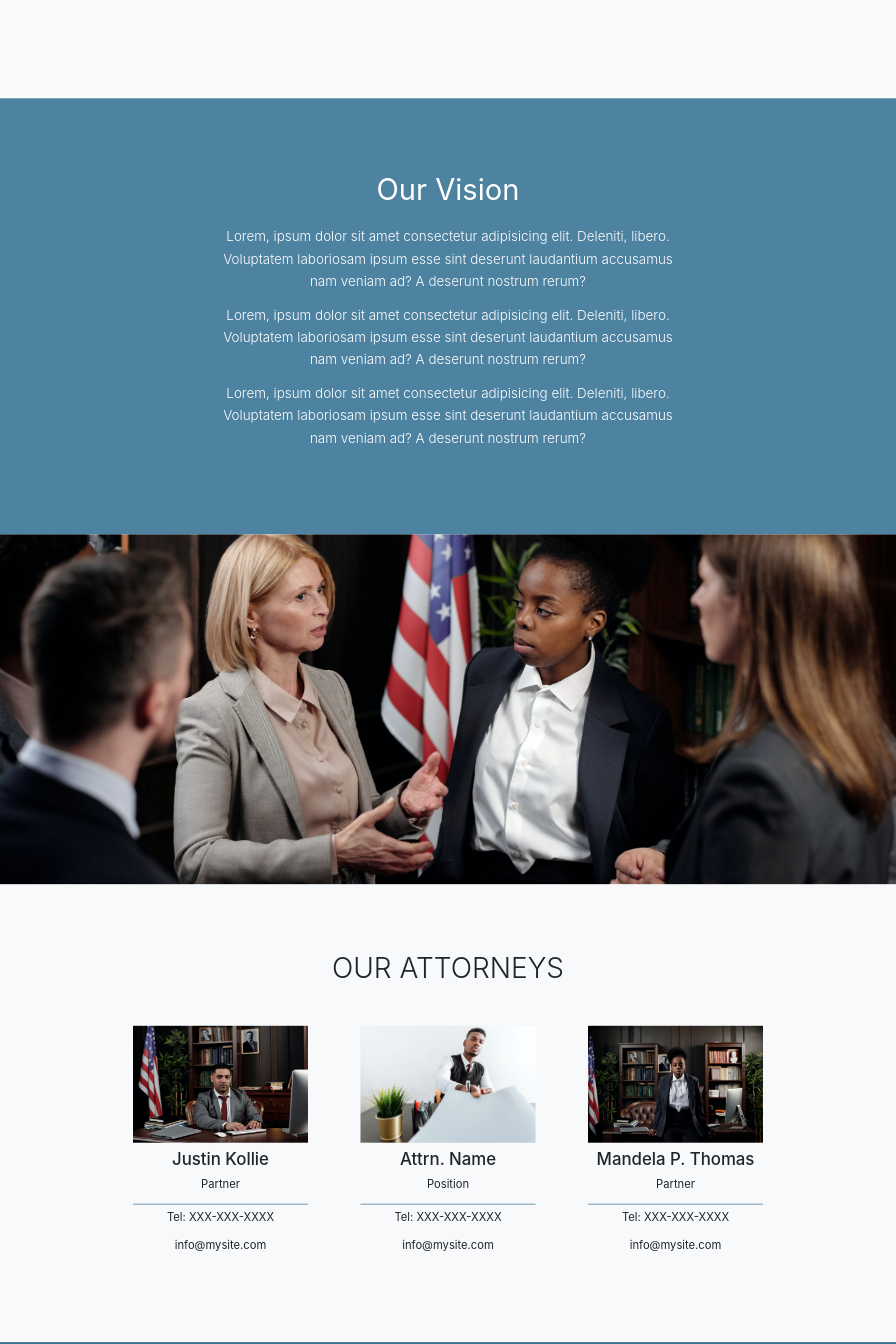
Repository: just-mann/kolllie-kolliellp
Page: index.html
These files come from the project's save history. The page is drawn as it stood at one moment and after a run of saves; the edit follows.
The browser window is 1280 px wide. The pictures show the part of the page from y = 1309 to 3229 px (the page is 4551 px tall before and 4529 px after), at 70% of full size.
Pictures or frames that could not be fetched are drawn as grey boxes. Backgrounds fixed to the window are drawn as part of the page.

Above is the page before, as saved 2021-06-02 05:48:00.

After the next 2 saves:
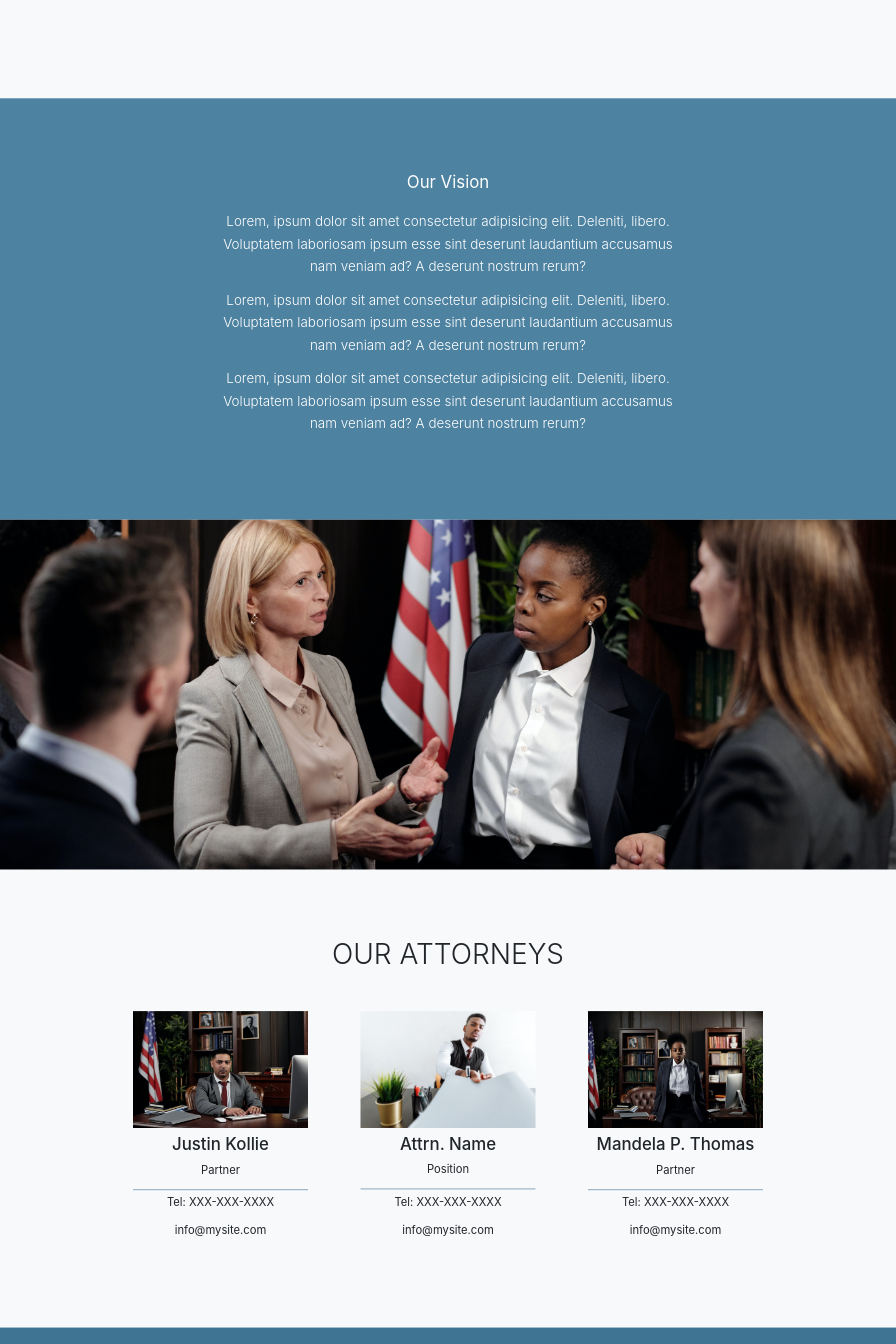
The 2 saves are shown as one change because they came seconds apart.
The last was saved 6 s later.
--- a/assets/css/style.css
+++ b/assets/css/style.css
@@ -253,7 +253,7 @@ form div input, textarea {
 
     .ourVision .myContainer .ourVisionDiv h3 {
         text-align: center;
-        font-size: ;
+        font-size: 1.5em;
     }
 
     .ourVision .myContainer .ourVisionDiv div {
